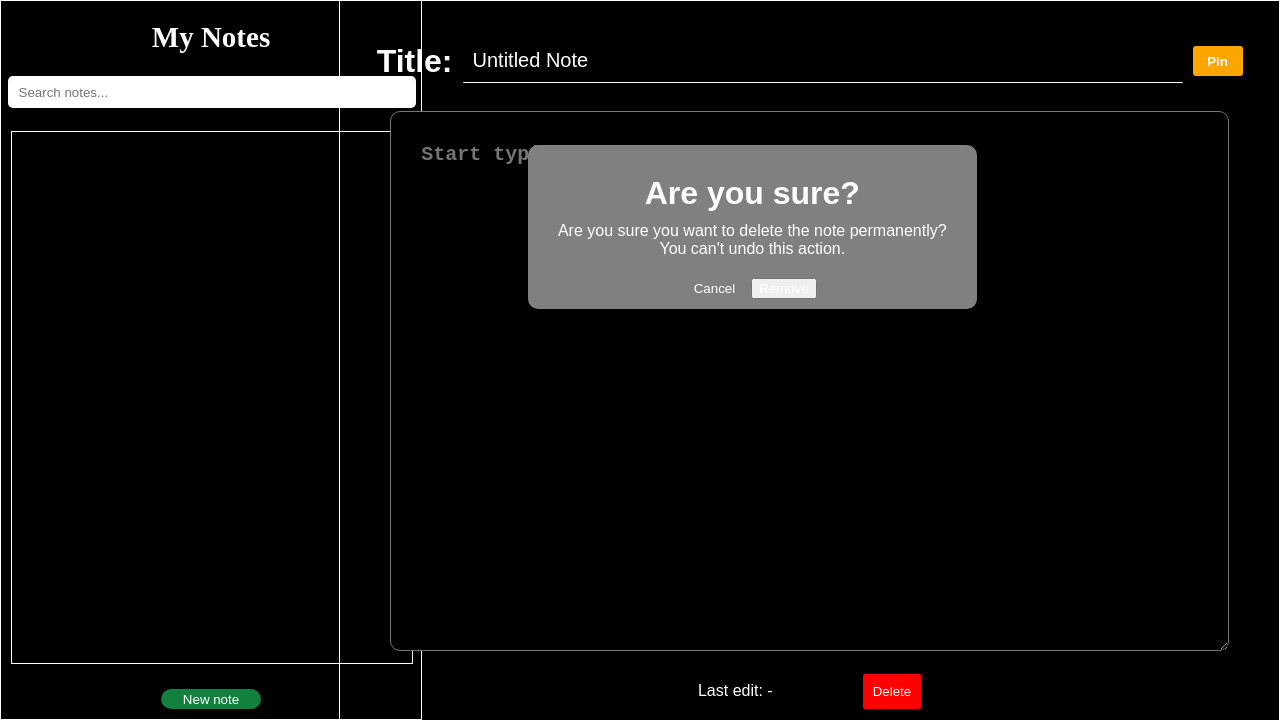
Repository: dmpelaez/myNotes
Page: QuickNotes.html
An editor plug-in stored every save of this project. The page is shown before and after a run of saves, followed by the edit.
The browser window is 1280 px wide. The pictures show the whole page.

Above is the page before, as saved 2025-12-18 22:04:27.

After the next 6 saves:
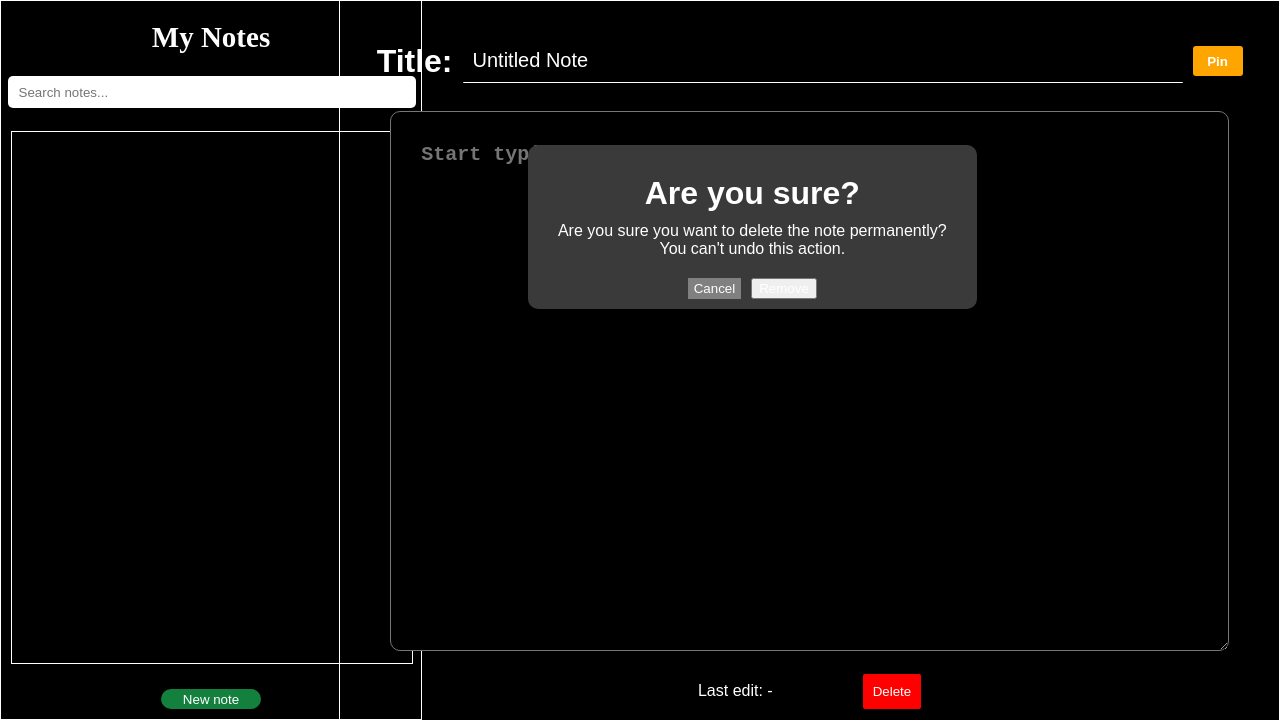
The 6 saves are shown as one change because they came seconds apart.
The last was saved 22 s later.
--- a/QuickNotes.css
+++ b/QuickNotes.css
@@ -165,7 +165,7 @@ body {
   left: 20%;
   top: 20%;
   display: flex;
-  background: gray;
+  background: rgb(59, 58, 58);
   border-radius: 10px;
   flex-direction: column;
   align-items: center;
@@ -201,4 +201,5 @@ h1 {
 .cancel-btn {
   background: gray;
   border: none;
-}
+
+}
